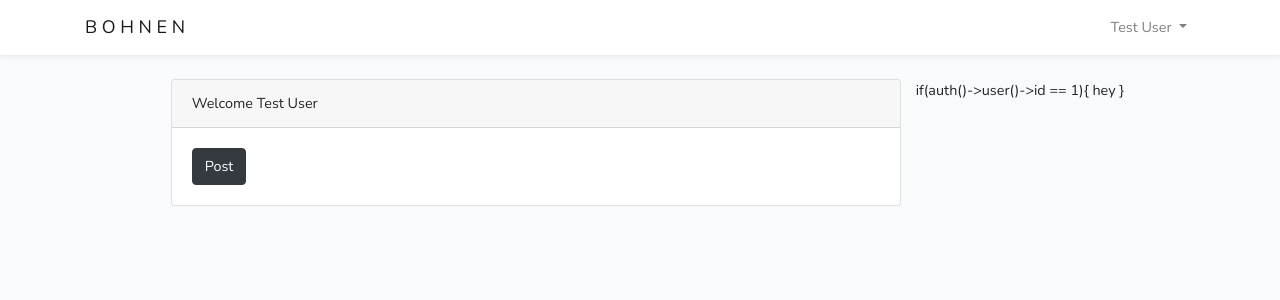
Repository: davidbohnen/BOHNEN
Page: http://localhost/home
These files come from the project's save history. The page is drawn as it stood at one moment and after the next save; the edit follows.
The browser window is 1280 px wide. The pictures show the whole page.
The page is served by the project's Laravel application, run on PHP 8.4 with Laravel 8. A made-up administrator, Test User (test@example.com), is signed in.

Above is the page before, as saved 2020-05-05 21:13:24.

After the next save:
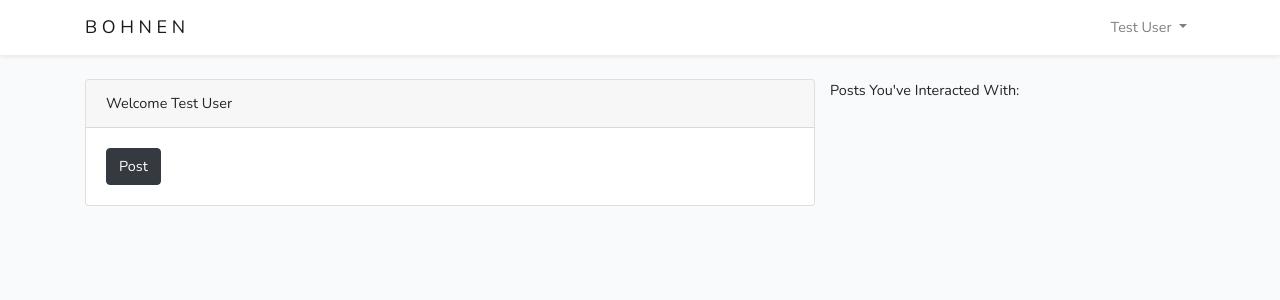
Saved 84 s later.
--- a/resources/views/home.blade.php
+++ b/resources/views/home.blade.php
@@ -20,9 +20,8 @@
             </div>
         </div>
 
-        if(auth()->user()->id == 1){
-            hey
-        }
+        Posts You've Interacted With:
+        <hr>
 
 
     </div>
